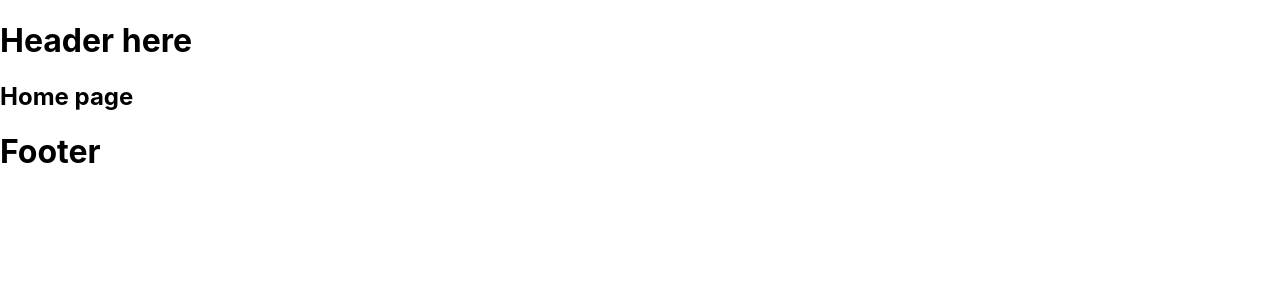
Repository: BinhIT/workflow
Page: /
The author's editor kept a copy of each file at every save. The page is drawn from the files as they stood at one save, then again after the next save.
The browser window is 1280 px wide. The pictures show the whole page.
The project was rebuilt for these pictures with package versions that can differ from the ones it lists, and the page was loaded fresh each time. Also part of the build but not shown: src/components/Layout/Applayout/index.js, src/page/About/index.js, src/page/Dashboard/index.js.

Above is the page before, as saved 2023-03-05 01:12:25.

### src/App.js
import { BrowserRouter as Router, Routes, Route } from "react-router-dom";
import { Fragment } from "react";
import { Defautlayout } from "~/components/Layout";
import { publicRoutes } from "~/routes";
function App() {
  return (
    <Router>
      <div className="App">
        <header className="App-header">
        </header>
        <Routes>
          {publicRoutes.map((route, index) => {
            const Page = route.component;
            let Layout = Defautlayout
            if (route.layout) {
              Layout = route.layout
            } else if (route.layout === null) {
              Layout = Fragment
            }
            return <Route key={index} path={route.path} element={
              <Layout>< Page /> </Layout>
            } />;
          })}
        </Routes>
      </div>
    </Router>
  );
}

export default App;

### src/components/Layout/index.js
export { default as Defautlayout } from './Defautlayout'
export { default as Applayout } from './Applayout'

### src/routes/index.js
import Home from "~/page/Home";
import About from "~/page/About"
import Dashboard from "~/page/Dashboard";
//Layout
import { Applayout } from "~/components/Layout";
const publicRoutes = [
    { path: '/', component: Home },
    { path: '/about', component: About },
    { path: '/dashboard', component: Dashboard, layout: Applayout },
]
const privateRoutes = [

]
export { publicRoutes, privateRoutes, Dashboard }

### src/components/Layout/Defautlayout/index.js
import Header from "./Header";
import Footer from "./Footer";
function Defautllayout({ children }) {
    return (
        <div>

            <div className="wraper">
                <Header />
                <div className="content">{children}
                </div>
                <Footer />
            </div>

        </div>
    )
}

export default Defautllayout;

### src/page/Home/index.js
function Home() {
    return <h2>Home page</h2>
}
export default Home;

### src/components/Layout/Defautlayout/Header/index.js
function Header() {
    return <h1>Header here </h1>;
}
export default Header;

### src/components/Layout/Defautlayout/Footer/index.js
function Footer() {
    return <h1>Footer </h1>;
}
export default Footer;

### src/components/Layout/component/Header/index.js
import styles from './Header.module.scss';
import classNames from 'classnames/bind';
const cx = classNames.bind(styles)
function Header() {
    return <header className={cx('wrapper')}>Header here </header>;
}
export default Header;

### src/components/Layout/component/Header/Header.module.scss
.wrapper {
    height: 60px;
}

Loaded but not shown: public/index.html (common file); src/index.js (common file); src/index.css (common file); src/reportWebVitals.js (common file)

After the next save:
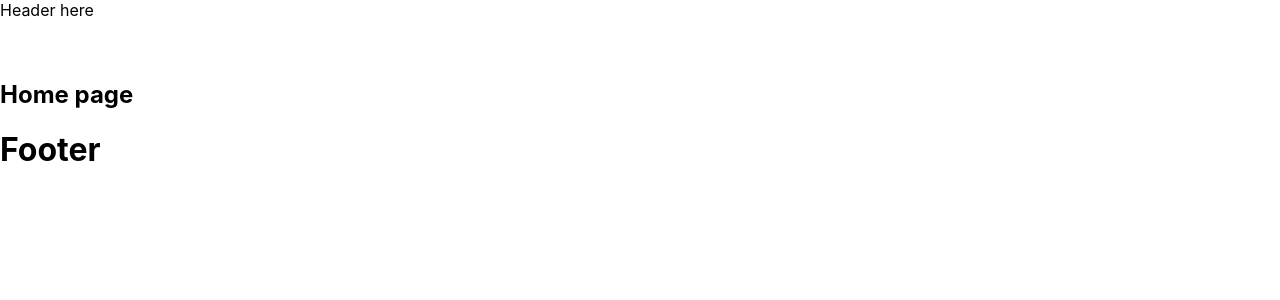
Saved 2 min 56 s later.
--- a/src/components/Layout/Defautlayout/index.js
+++ b/src/components/Layout/Defautlayout/index.js
@@ -1,4 +1,4 @@
-import Header from "./Header";
+import Header from "../component/Header";
 import Footer from "./Footer";
 function Defautllayout({ children }) {
     return (
